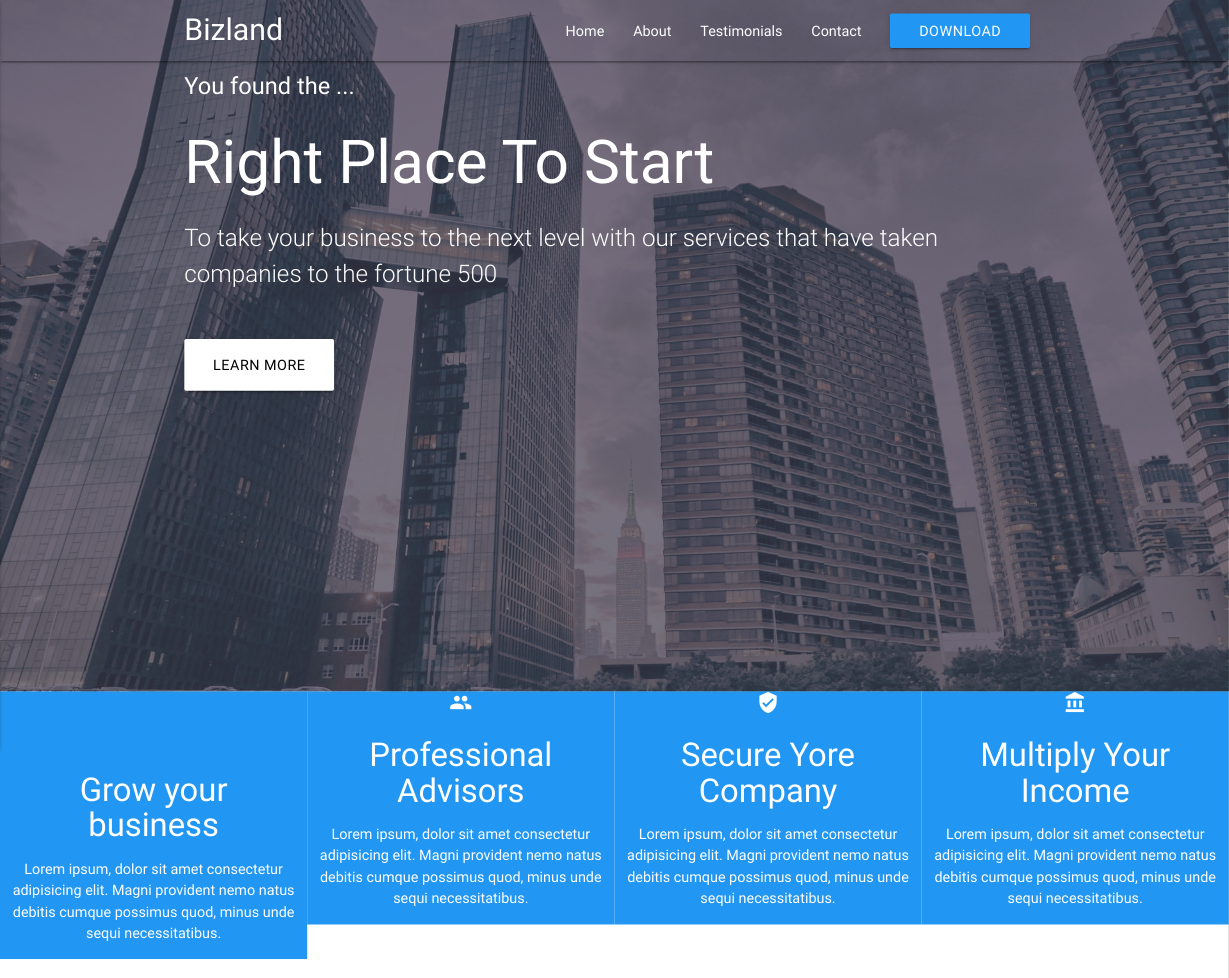
Repository: farrdy/bizland
Page: index.html
These files come from the project's save history. The page is drawn as it stood at one moment and after the next save; the edit follows.
The browser window is 1280 px wide. The pictures show the whole page, at 96% of full size.
Some web libraries are served in a nearby version.

Above is the page before, as saved 2020-01-04 13:46:41.

### index.html
<!DOCTYPE html>
<html>
  <head>
    <!--Import Google Icon Font-->
    <link
      href="https://fonts.googleapis.com/icon?family=Material+Icons"
      rel="stylesheet"
    />
    <!--Import materialize.css-->
    <link
      type="text/css"
      rel="stylesheet"
      href="css/materialize.min.css"
      media="screen,projection"
    />
    <link type="text/css" rel="stylesheet" href="css/main.css" />
    <!--Let browser know website is optimized for mobile-->
    <meta name="viewport" content="width=device-width, initial-scale=1.0" />
    <title>Bizland Theme</title>
  </head>

  <body>
    <header class="main-header">
      <div class="primary-overlay">
        <div class="navbar-fixed">
          <nav class="transparent">
            <div class="container">
              <div class="nav-wrapper">
                <a href="#home" class="brand-logo">Bizland</a>
                <a href="#" class="button-collapse" data-activates="mobile-nav">
                  <i class="material-icons">menu</i>
                </a>
                <ul class=" right hide-on-med-and-down">
                  <li>
                    <a href="#home">Home</a>
                  </li>
                  <li>
                    <a href="#about">About</a>
                  </li>
                  <li>
                    <a href="#testimonials">Testimonials</a>
                  </li>
                  <li>
                    <a href="#contact">Contact</a>
                  </li>
                  <li>
                    <a href="#" class="btn blue">Download</a>
                  </li>
                </ul>
              </div>
            </div>
          </nav>
        </div>
        <ul class="side-nav" id="mobile-nav">
          <h4 class="blue-grey darken-3  center">
            Bizland
          </h4>
          <li>
            <a href="#" class="devider"></a>
          </li>
          <li>
            <a href="#home">Home</a>
          </li>
          <li>
            <a href="#about">About</a>
          </li>
          <li>
            <a href="#testimonials">Testimonials</a>
          </li>
          <li>
            <a href="#contact">Contact</a>
          </li>
        </ul>

        <!-- showcase -->
        <div class="showcase container">
          <div class="row">
            <div class="col s12 main-text">
              <h5>You found the ...</h5>
              <h1>Right Place To Start</h1>
              <p class="flow-text">
                To take your business to the next level with our services that
                have taken companies to the fortune 500
              </p>
              <br />
              <a href="" class="btn btn-large white black-text">Learn More</a>
              <a href="#about" class="white-text"
                ><i class="material-icons medium scroll-icon">
                  arrow_drop_down_circle
                </i></a
              >
            </div>
          </div>
        </div>
      </div>
    </header>
    <section class="section-boxes center">
      <div class="row">
        <div class="col s12 m6 l3 blue white-text box">
          <i class="material-icons medium">show_cart</i>
          <h4>Grow your business</h4>
          <p>
            Lorem ipsum, dolor sit amet consectetur adipisicing elit. Magni
            provident nemo natus debitis cumque possimus quod, minus unde sequi
            necessitatibus.
          </p>
        </div>
        <div class="col s12 m6 l3 blue white-text box">
          <i class="material-icons">people</i>
          <h4>Professional Advisors</h4>
          <p>
            Lorem ipsum, dolor sit amet consectetur adipisicing elit. Magni
            provident nemo natus debitis cumque possimus quod, minus unde sequi
            necessitatibus.
          </p>
        </div>
        <div class="col s12 m6 l3 blue white-text box">
          <i class="material-icons">verified_user</i>
          <h4>Secure Yore Company</h4>
          <p>
            Lorem ipsum, dolor sit amet consectetur adipisicing elit. Magni
            provident nemo natus debitis cumque possimus quod, minus unde sequi
            necessitatibus.
          </p>
        </div>
        <div class="col s12 m6 l3 blue white-text box">
          <i class="material-icons">account_balance</i>
          <h4>Multiply Your Income</h4>
          <p>
            Lorem ipsum, dolor sit amet consectetur adipisicing elit. Magni
            provident nemo natus debitis cumque possimus quod, minus unde sequi
            necessitatibus.
          </p>
        </div>
      </div>
    </section>

    <!--Import jQuery before materialize.js-->
    <script
      type="text/javascript"
      src="https://code.jquery.com/jquery-3.2.1.min.js"
    ></script>
    <script type="text/javascript" src="js/materialize.min.js"></script>
    <script>
      $(document).ready(function() {
        $(".button-collapse").sideNav();

        //scrollfire
        const options = [
          {
            selector: ".main-text",
            offset: 0,
            callback: function(el) {
              Materialize.fadeInImage($(el));
            }
          }
        ];

        Materialize.scrollFire(options);
      });
    </script>
  </body>
</html>

### css/main.css
.primary-overlay {
  background: rgba(63, 57, 77, 0.7);
  position: absolute;
  top: 0;
  left: 0;
  width: 100%;
  height: 100%;
  overflow: hidden;
}

.main-header {
  background: url(../img/showcase.jpg);
  background-size: cover;
  background-position: center;
  height: 100vh;
  min-height: 600px;
  color: #fff;
  position: relative;
}

.main-hedare .showcase {
  padding-top: 110px;
}

.scroll-icon {
  position: absolute;
  bottom: 5%;
  left: 47%;
  opacity: 0.5%;
}

Loaded but not shown: css/materialize.min.css (library); js/materialize.min.js (library)

After the next save:
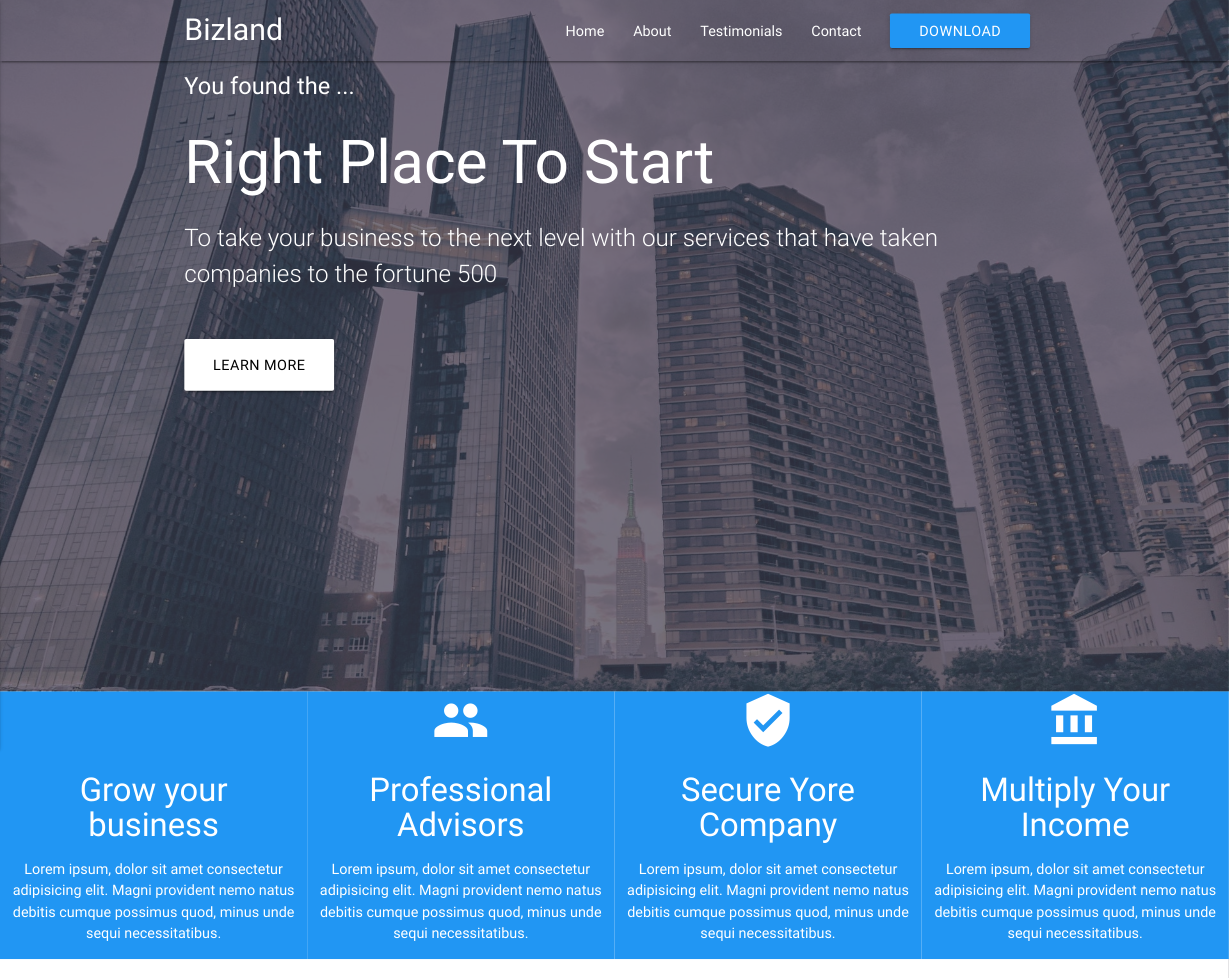
Saved 45 s later.
--- a/index.html
+++ b/index.html
@@ -106,7 +106,7 @@
           </p>
         </div>
         <div class="col s12 m6 l3 blue white-text box">
-          <i class="material-icons">people</i>
+          <i class="material-icons medium">people</i>
           <h4>Professional Advisors</h4>
           <p>
             Lorem ipsum, dolor sit amet consectetur adipisicing elit. Magni
@@ -115,7 +115,7 @@
           </p>
         </div>
         <div class="col s12 m6 l3 blue white-text box">
-          <i class="material-icons">verified_user</i>
+          <i class="material-icons medium">verified_user</i>
           <h4>Secure Yore Company</h4>
           <p>
             Lorem ipsum, dolor sit amet consectetur adipisicing elit. Magni
@@ -124,7 +124,7 @@
           </p>
         </div>
         <div class="col s12 m6 l3 blue white-text box">
-          <i class="material-icons">account_balance</i>
+          <i class="material-icons medium">account_balance</i>
           <h4>Multiply Your Income</h4>
           <p>
             Lorem ipsum, dolor sit amet consectetur adipisicing elit. Magni
